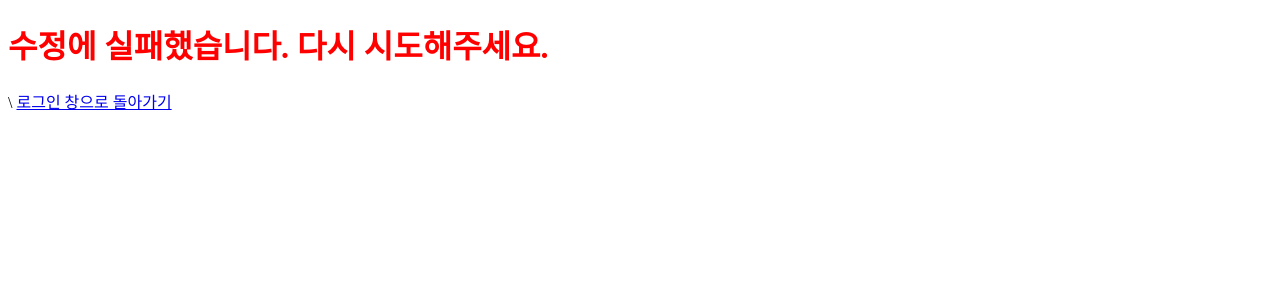
Repository: hanbeen03/javabasic
Page: http://localhost/JDBCBasic/users/users_update_fail.jsp
An editor plug-in stored every save of this project. The page is shown before and after the next save, followed by the edit.
The browser window is 1280 px wide. The pictures show the whole page.
The page is served by Tomcat 9. Other server files are loaded and not shown.

Above is the page before, as saved 2021-08-06 00:21:46.

### JDBCBasic/WebContent/users/users_update_fail.jsp
<%@ page language="java" contentType="text/html; charset=UTF-8"
    pageEncoding="UTF-8"%>
<!DOCTYPE html>
<html>
<head>
<meta charset="UTF-8">
<title>Insert title here</title>
</head>
<body>
	<h1 style="color:red">수정에 실패했습니다. 다시 시도해주세요.</h1>\
	<a href="users_login_form.jsp">로그인 창으로 돌아가기</a>
</body>
</html>

After the next save:
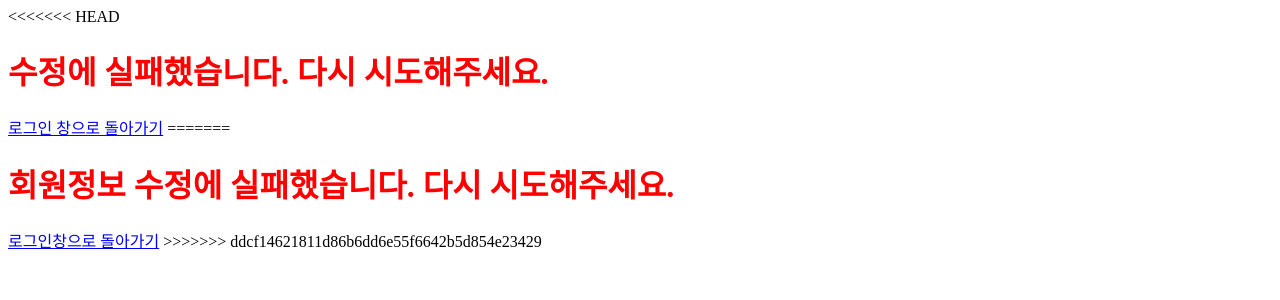
Saved 4 min 25 s later.
--- a/JDBCBasic/WebContent/users/users_update_fail.jsp
+++ b/JDBCBasic/WebContent/users/users_update_fail.jsp
@@ -7,7 +7,12 @@
 <title>Insert title here</title>
 </head>
 <body>
-	<h1 style="color:red">수정에 실패했습니다. 다시 시도해주세요.</h1>\
+<<<<<<< HEAD
+	<h1 style="color:red">수정에 실패했습니다. 다시 시도해주세요.</h1>
 	<a href="users_login_form.jsp">로그인 창으로 돌아가기</a>
+=======
+	<h1 style="color:red">회원정보 수정에 실패했습니다. 다시 시도해주세요.</h1>
+	<a href="users_login_form.jsp">로그인창으로 돌아가기</a>
+>>>>>>> ddcf14621811d86b6dd6e55f6642b5d854e23429
 </body>
 </html>
